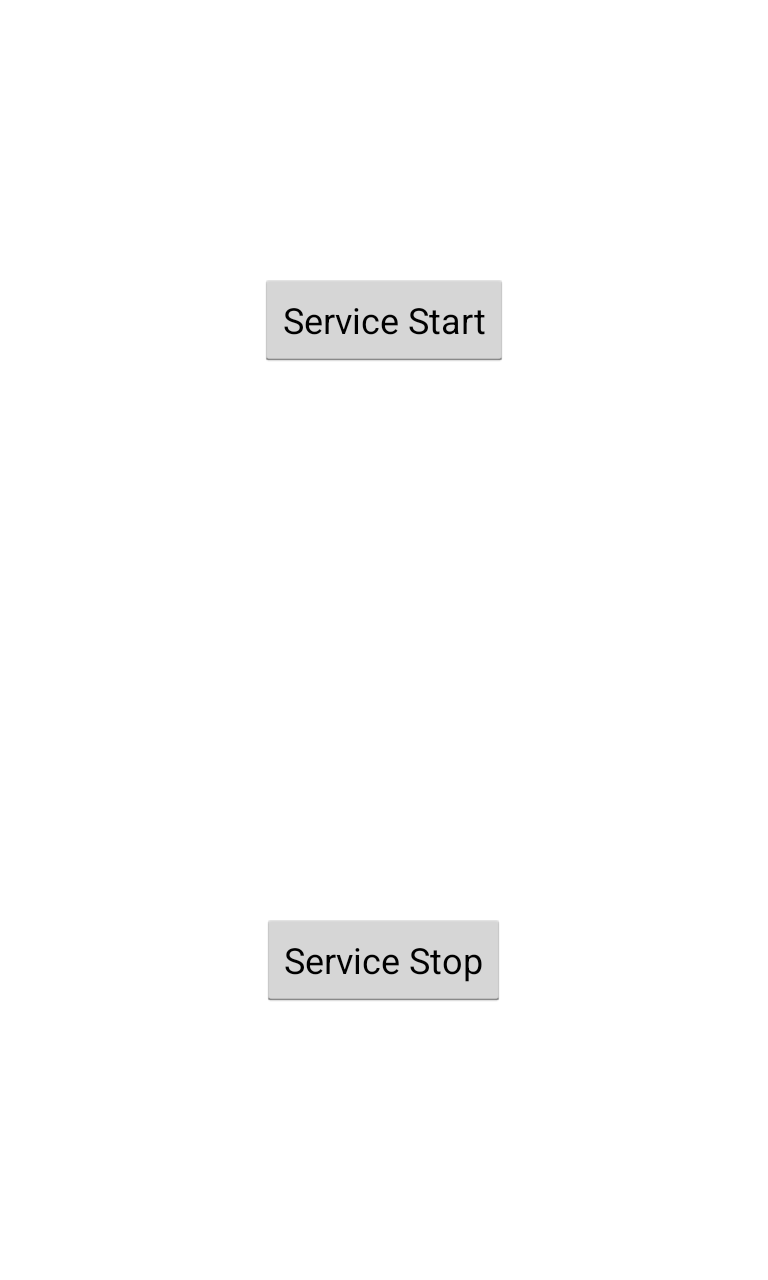
Repository: ssm23-2elite2/CloudPhone
Layout: src/jake/android/CloudPhoneTest/res/layout/layout_main.xml
An editor plug-in stored every save of this project. The layout is shown before and after the next save, followed by the edit.
It is drawn on a 768 x 1280 px phone screen (xhdpi) without system bars, with theme AppTheme; the app's code is not run.

Above is the layout before, as saved 2014-04-04 03:11:42.

After the next save:
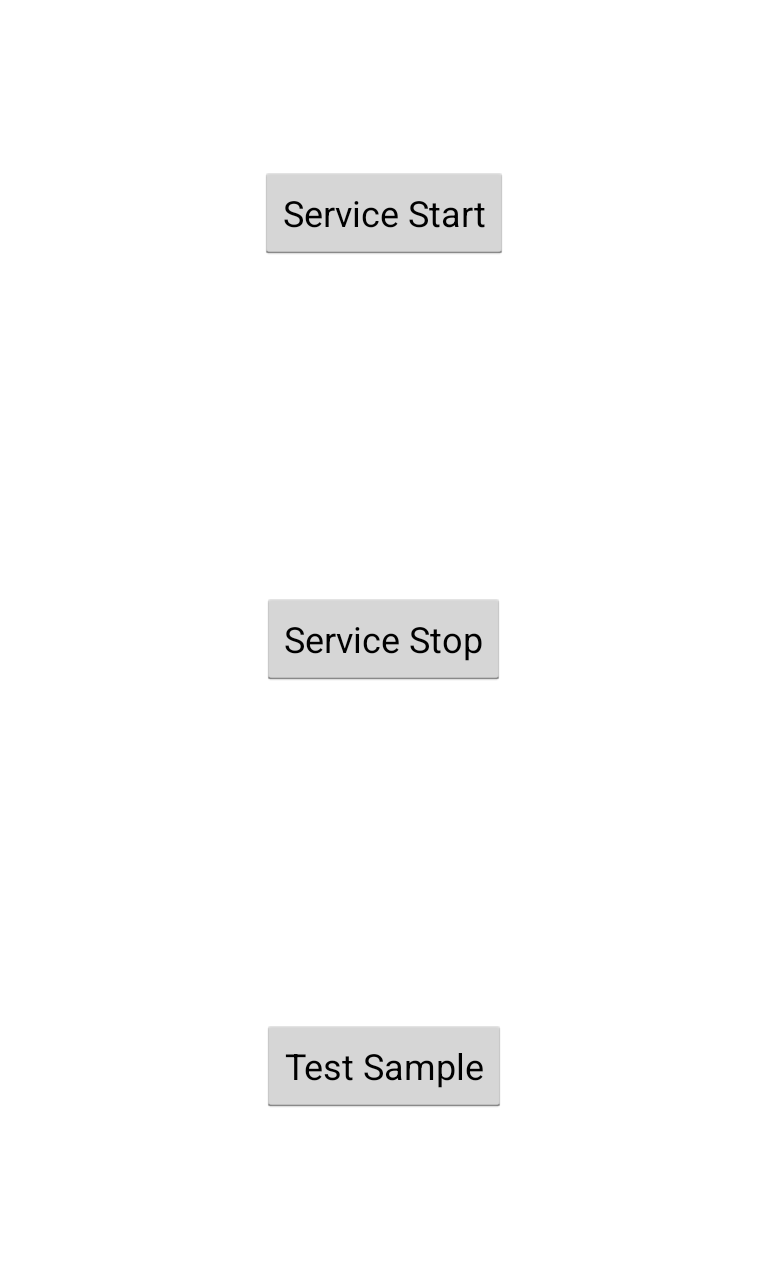
Saved 48 s later.
--- a/src/jake/android/CloudPhoneTest/res/layout/layout_main.xml
+++ b/src/jake/android/CloudPhoneTest/res/layout/layout_main.xml
@@ -28,4 +28,17 @@
             android:layout_width="wrap_content"
             android:layout_height="wrap_content" />
     </LinearLayout>
+
+    <LinearLayout
+        android:layout_width="fill_parent"
+        android:layout_height="wrap_content"
+        android:orientation="vertical"
+        android:gravity="center"
+        android:layout_weight="1">
+        <Button
+            android:text="Test Sample"
+            android:id="@+id/btn_sample"
+            android:layout_width="wrap_content"
+            android:layout_height="wrap_content" />
+    </LinearLayout>
 </LinearLayout>
